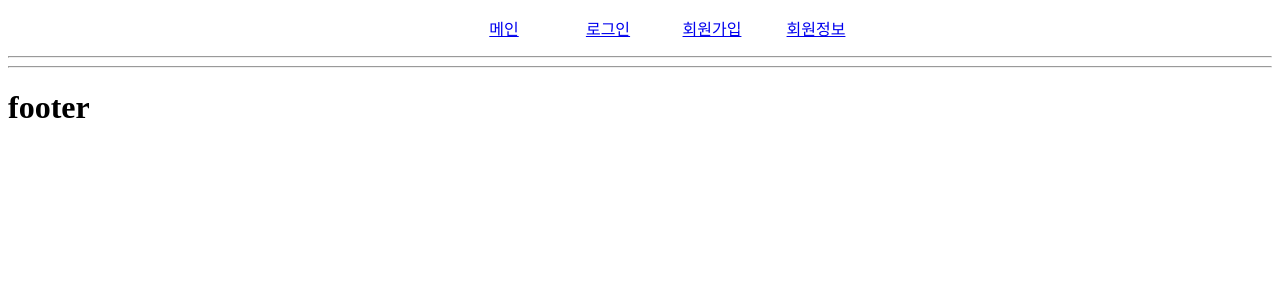
Repository: leesangbok/jsp-work
Page: http://localhost/cos/info.jsp
An editor plug-in stored every save of this project. The page is shown before and after the next save, followed by the edit.
The browser window is 1280 px wide. The pictures show the whole page.
The page is served by Tomcat 9. The session is filled in as if someone had signed in: {"auth": true}.

Above is the page before, as saved 2020-08-22 06:45:51.

After the next save:
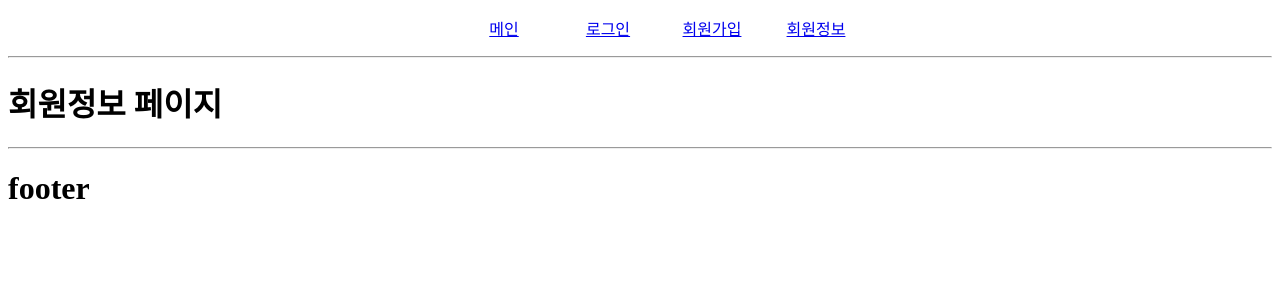
Saved 72 s later.
--- a/cos/WebContent/info.jsp
+++ b/cos/WebContent/info.jsp
@@ -2,6 +2,12 @@
     pageEncoding="UTF-8"%>
 <%@ include file="layout/header.jsp" %>
 
+<%
+	if(session.getAttribute("auth") == null){
+		return;
+	}
+%>
 
+<h1>회원정보 페이지</h1>
 
 <%@ include file="layout/footer.jsp" %>
